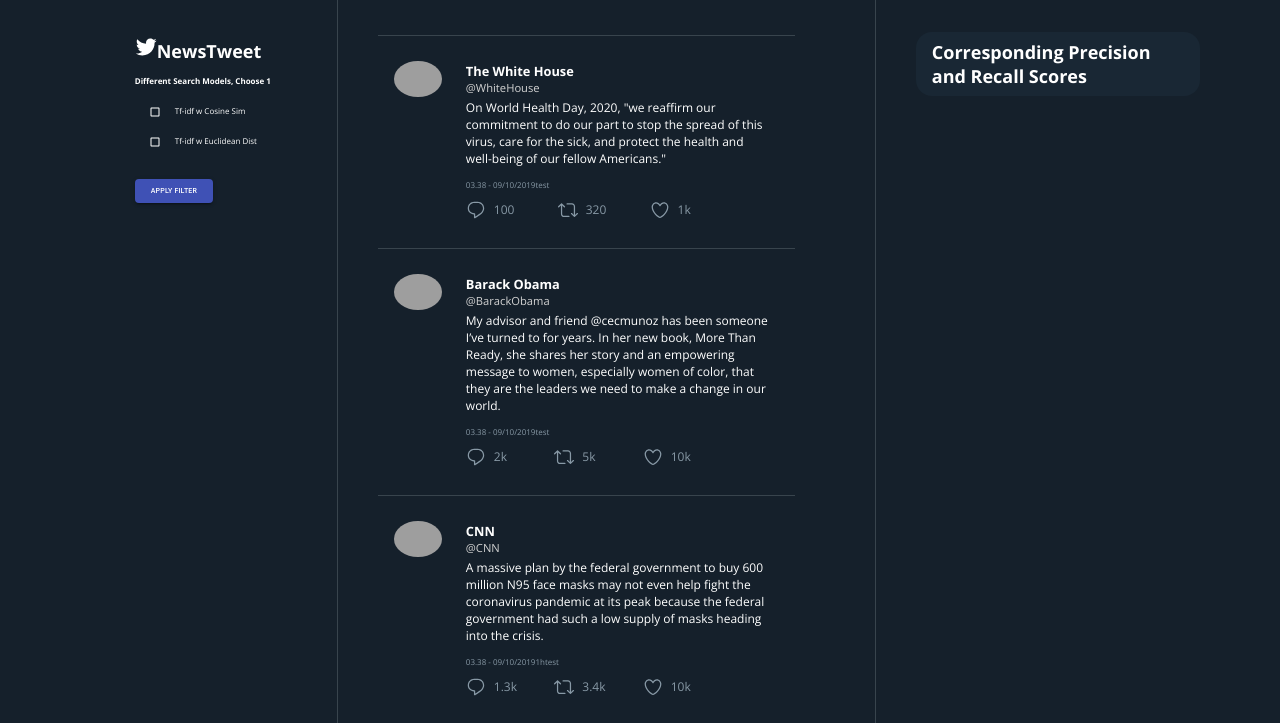
Repository: Dustyik/TwitterAIproj
Page: / (app in FrontEnd/)
An editor plug-in stored every save of this project. The page is shown before and after the next save, followed by the edit.
The browser window is 1280 px wide. The pictures show the whole page.
Pictures or frames that could not be fetched are drawn as grey boxes. The page's requests for data from a server got no answer. The project was rebuilt for these pictures with package versions that can differ from the ones it lists, and the page was loaded fresh each time. No one was signed in, and anything a server would have sent is missing. Also part of the build but not shown: FrontEnd/src/components/trending/Trend.js, FrontEnd/src/components/trending/TrendsList.js, FrontEnd/src/components/trending/FollowSuggestionCard.js, FrontEnd/src/styles/FollowList.css, FrontEnd/src/components/trending/FollowSuggestionsList.js, FrontEnd/src/components/StatusCard.js, FrontEnd/src/pages/Status.js, FrontEnd/src/components/profile/ProfileHead.js and 3 more.

Above is the page before, as saved 2021-08-03 00:29:46.

After the next save:
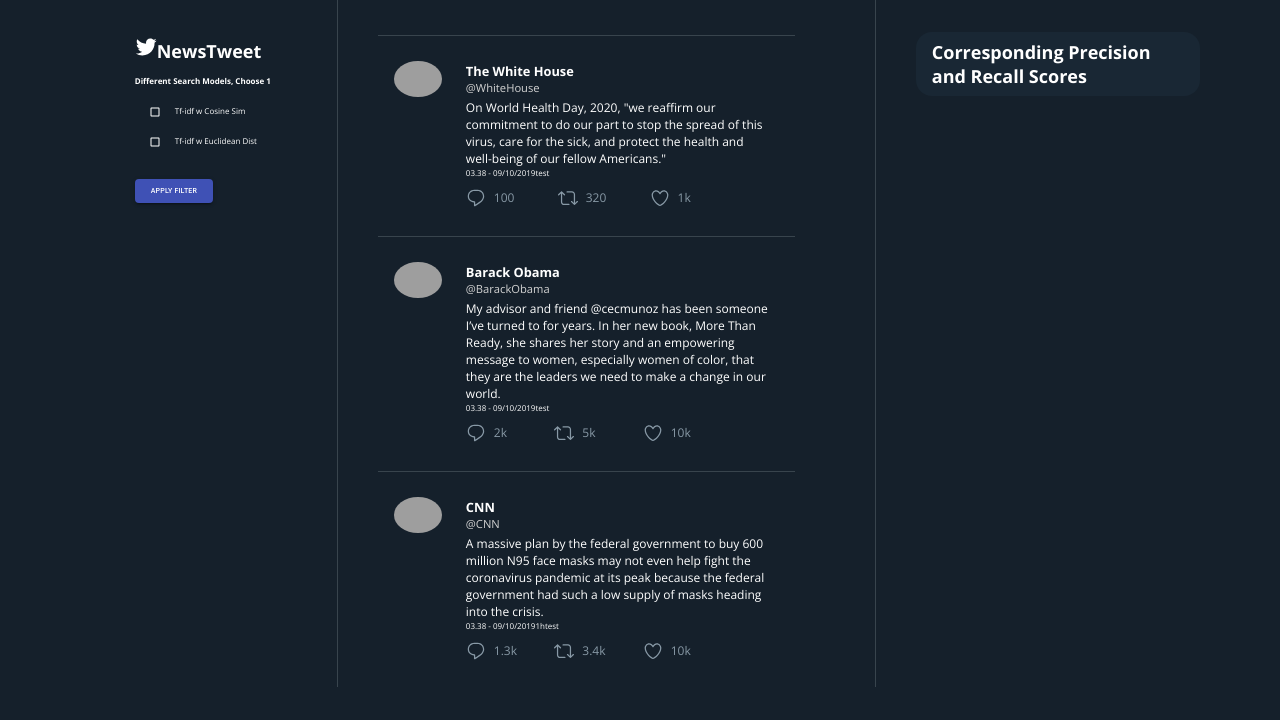
Saved 16 s later.
--- a/FrontEnd/src/components/TweetCard.js
+++ b/FrontEnd/src/components/TweetCard.js
@@ -31,7 +31,7 @@
                         <p className="m-0">{this.tweet.tweet.content}</p>
                     </div>
 
-                    <span className="tweet-card-time">
+                    <span className="shotoniphone">
                         03.38 - 09/10/2019{this.tweet.tweet.time}
                         <span>
                             test

After the save that followed:
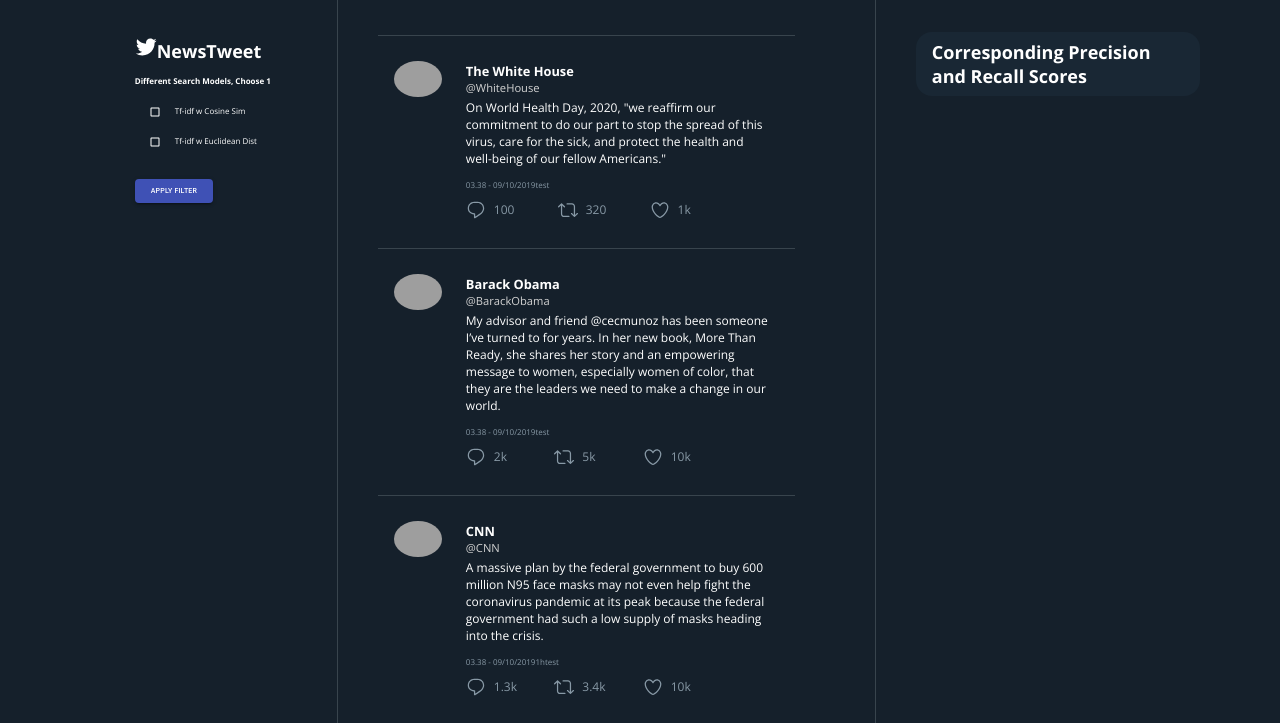
Saved 30 s later.
--- a/FrontEnd/src/components/TweetCard.js
+++ b/FrontEnd/src/components/TweetCard.js
@@ -31,7 +31,7 @@
                         <p className="m-0">{this.tweet.tweet.content}</p>
                     </div>
 
-                    <span className="shotoniphone">
+                    <span className="tweet-card-time">
                         03.38 - 09/10/2019{this.tweet.tweet.time}
                         <span>
                             test
